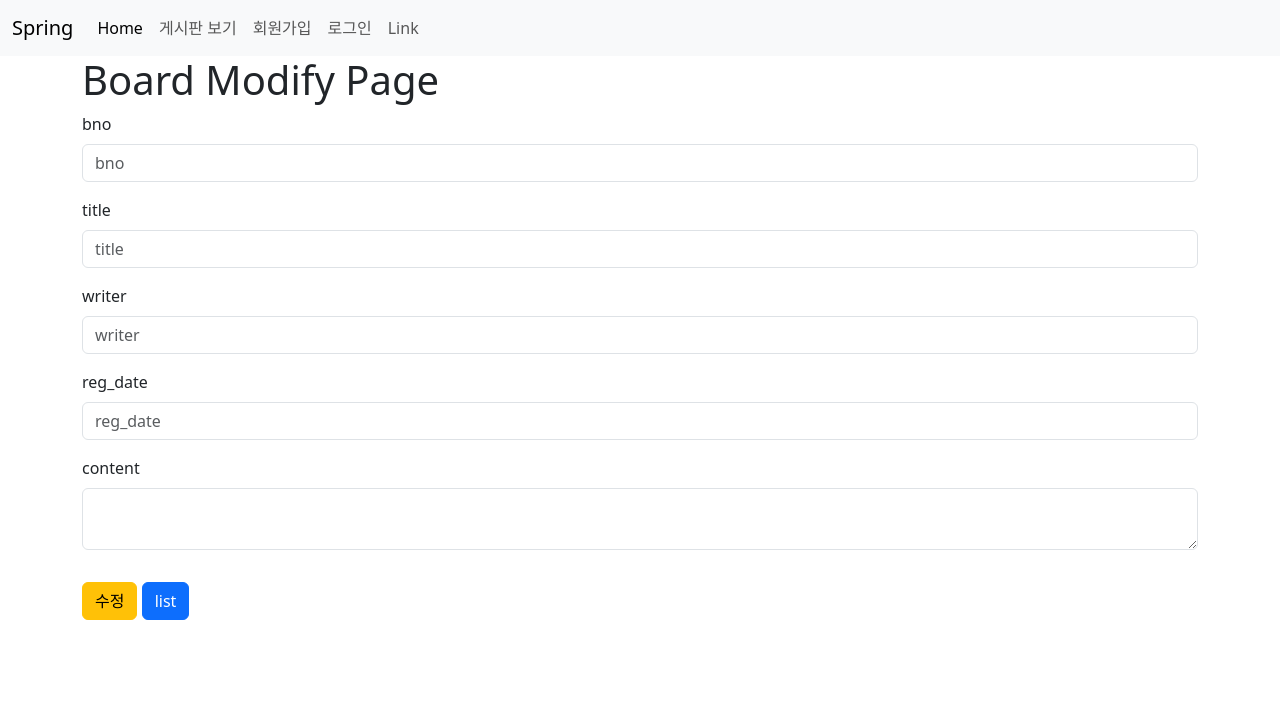
Repository: kimnoanoa/springTest240430
Page: http://localhost/spring_study/WEB-INF/views/board/modify.jsp
An editor plug-in stored every save of this project. The page is shown before and after the next save, followed by the edit.
The browser window is 1280 px wide. The pictures show the whole page.
The page is served by Tomcat 9. Nobody is signed in. The template is opened directly, without the code that normally fills it, so the values that code supplies are empty.

Above is the page before, as saved 2024-04-30 01:12:08.

After the next save:
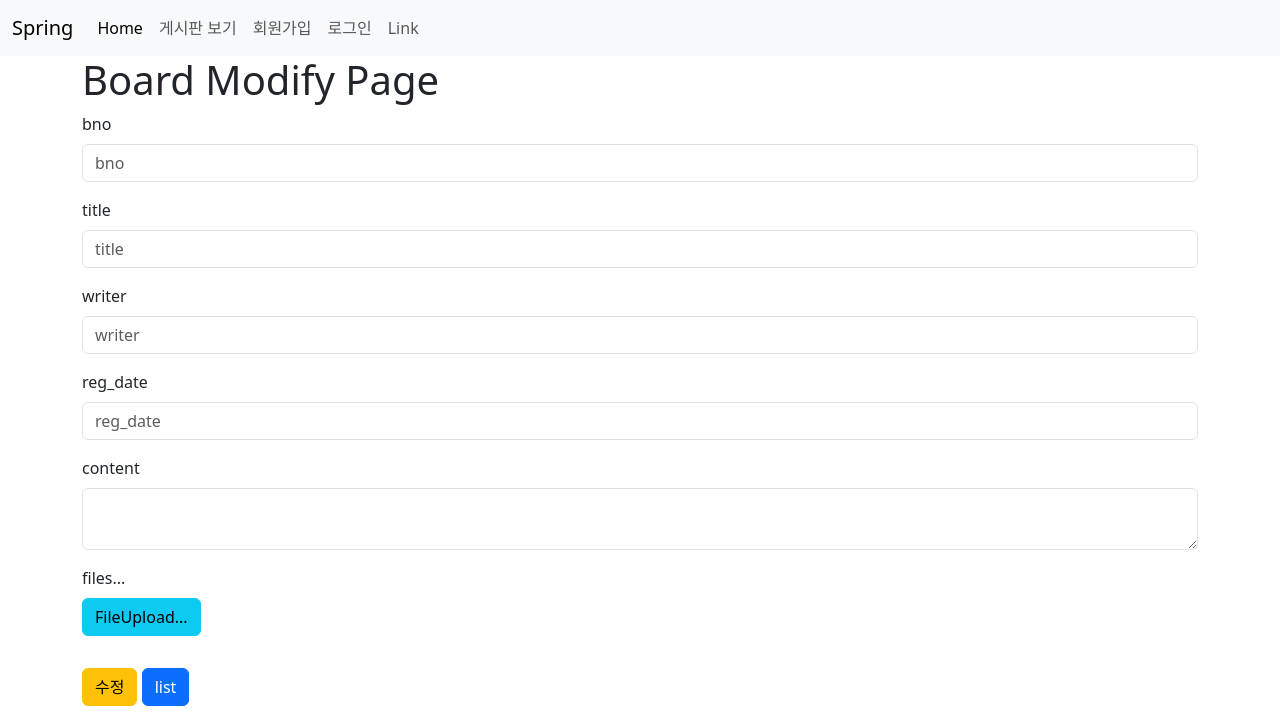
Saved 21 min 53 s later.
--- a/spring_study/src/main/webapp/WEB-INF/views/board/modify.jsp
+++ b/spring_study/src/main/webapp/WEB-INF/views/board/modify.jsp
@@ -36,8 +36,19 @@
       </div>
 
 
+      <!-- 파일 추가라인 -->
+	<!--  파일 입력 라인 추가 -->
+      <div class="mb-3">
+         <label for="file" class="form-label">files...</label>
+         <input type="file" class="form-control" name="files" id="file"  multiple="multiple" style ="display : none"> <br>
+         <button type="button" class="btn btn-info" id="trigger">FileUpload...</button>
+      </div>
 
+      <!-- 파일 목록 표시라인 -->
 
+      <div class="mb-3" id="fileZone">
+
+      </div>
 
 
       <!-- file upload 표시라인 -->
